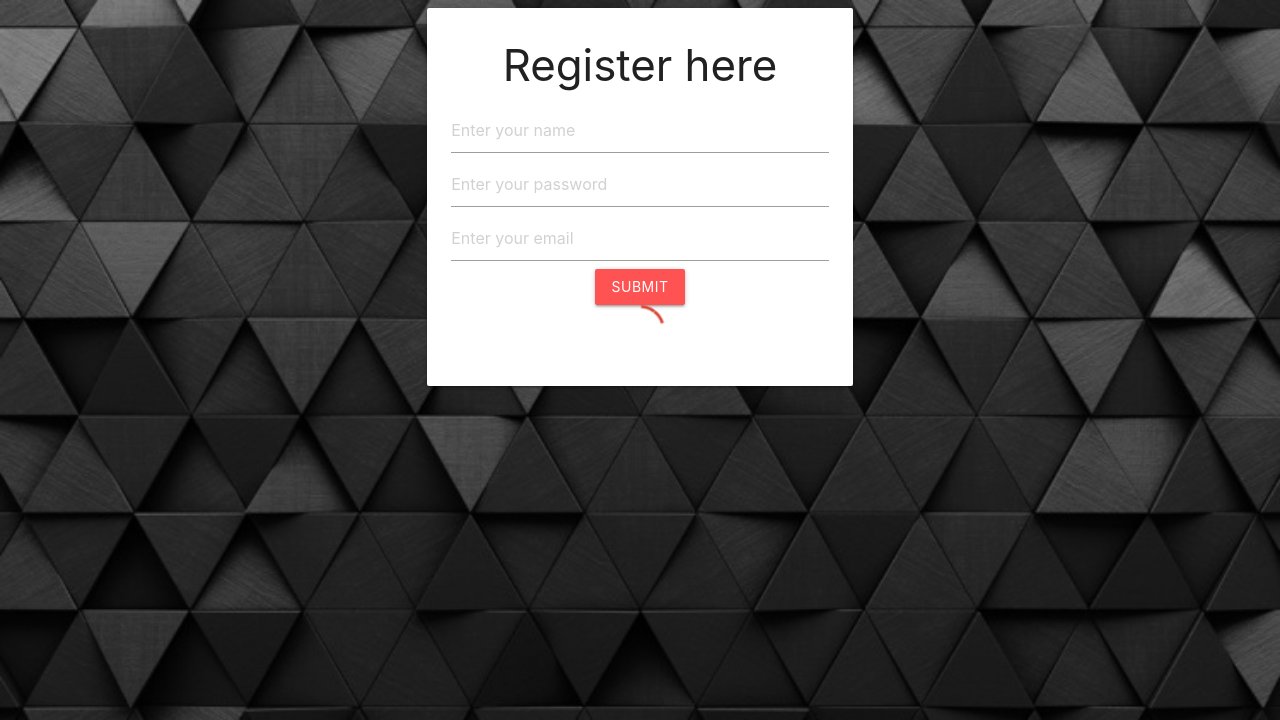
Repository: Attishgawali/JavaServletAndJSP
Page: http://localhost/Register/signup.jsp
The author's editor kept a copy of each file at every save. The page is drawn from the files as they stood at one save, then again after the next save.
The browser window is 1280 px wide. The pictures show the whole page.
The page is served by Tomcat 9.

Above is the page before, as saved 2023-07-06 11:46:18.

### Register/src/main/webapp/signup.jsp
<%@ page language="java" contentType="text/html; charset=UTF-8"
	pageEncoding="UTF-8"%>
<!DOCTYPE html>
<html>
<head>
<meta charset="UTF-8">
<title>Insert title here</title>
<!-- Compiled and minified CSS -->
<link rel="stylesheet"
	href="https://cdnjs.cloudflare.com/ajax/libs/materialize/1.0.0/css/materialize.min.css">

<!-- Compiled and minified JavaScript -->
<script
	src="https://cdnjs.cloudflare.com/ajax/libs/materialize/1.0.0/js/materialize.min.js"></script>
</head>
<body
	style="background: url(image/shutterstock.jpg); background-size: cover; background-attachment: fixed">
	<div class="container">
		<div class="row">
			<div class="col m6 offset-m3 ">
				<div class="card">
					<div class="card-content">
						<h3 style="margin-top: 10px;" class="center-align">Register
							here</h3>
						<div class="form center-align">
							<form action="register" method="post">
								<input type="text" name="username" placeholder="Enter your name">
								<input type="password" name="userpassword"
									placeholder="Enter your password"> <input type="email"
									name="useremail" placeholder="Enter your email">

								<button type="submit" class="btn #ff5252 red accent-2">Submit</button>
							</form>
						</div>

						<div class="loader center-align style='margin-top: 50px;'">
							<div class="preloader-wrapper active">
								<div class="spinner-layer spinner-red-only">
									<div class="circle-clipper left">
										<div class="circle"></div>
									</div>
									<div class="gap-patch">
										<div class="circle"></div>
									</div>
									<div class="circle-clipper right">
										<div class="circle"></div>
									</div>
								</div>
							</div>
						</div>
					</div>
				</div>
			</div>
		</div>
	</div>
</body>
</html>

After the next save:
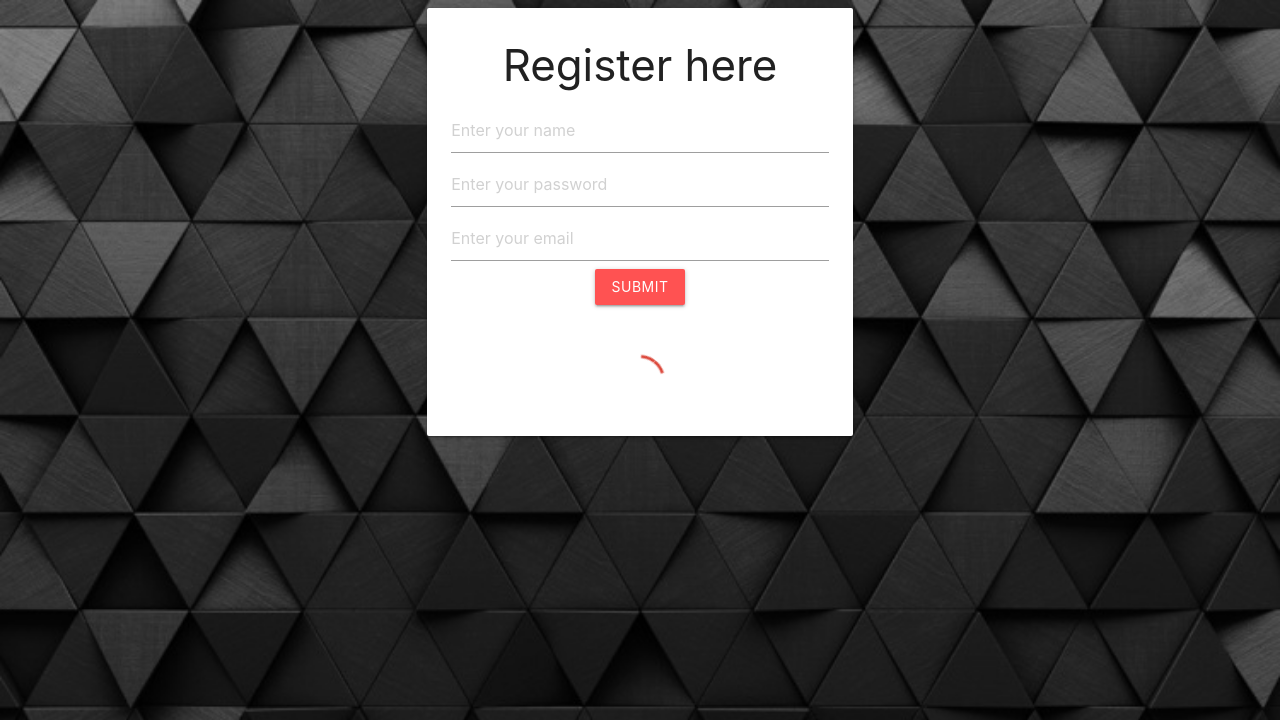
Saved 44 s later.
--- a/Register/src/main/webapp/signup.jsp
+++ b/Register/src/main/webapp/signup.jsp
@@ -33,7 +33,7 @@
 							</form>
 						</div>
 
-						<div class="loader center-align style='margin-top: 50px;'">
+						<div class="loader center-align" style="margin-top: 50px;">
 							<div class="preloader-wrapper active">
 								<div class="spinner-layer spinner-red-only">
 									<div class="circle-clipper left">
